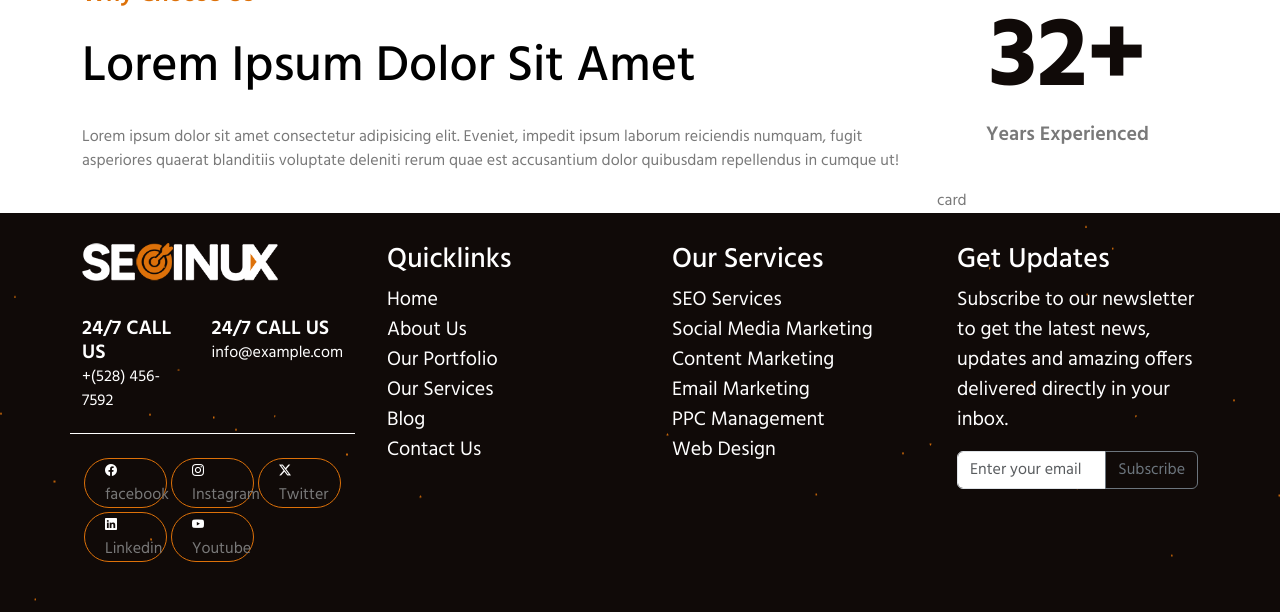
Repository: tagnam/seoinox
Page: about.html
The author's editor kept a copy of each file at every save. The page is drawn from the files as they stood at one save, then again after the next save.
The browser window is 1280 px wide. The pictures show the part of the page from y = 3019 to 3631 px (the page is 3631 px tall before and 3607 px after).
A picture or video elsewhere on the page could not be fetched, so the positions and the page height are approximate. Backgrounds fixed to the window are drawn as part of the page.

Above is the page before, as saved 2025-02-26 11:10:13.

### about.html
<!DOCTYPE html>
<html lang="en">
<head>
    <meta charset="UTF-8">
    <meta name="viewport" content="width=device-width, initial-scale=1.0">
    <title>SEOINOX</title>
    <link href="https://cdn.jsdelivr.net/npm/bootstrap@5.3.3/dist/css/bootstrap.min.css" rel="stylesheet" integrity="sha384-QWTKZyjpPEjISv5WaRU9OFeRpok6YctnYmDr5pNlyT2bRjXh0JMhjY6hW+ALEwIH" crossorigin="anonymous">
    <link rel="stylesheet" href="style/css/style.css">
    <link rel="stylesheet" href="style/css/responsive.css">
    <link rel="stylesheet" href="style/css/animation.css">
</head>


<body>
  <header>
    <nav class="navbar navbar-expand-lg ">
        <div class="container-fluid">
          <a class="navbar-brand" href="#"><img src="images/main-logo-sec.png" width="100%" alt=""></a>
          <button class="navbar-toggler" type="button" data-bs-toggle="collapse" data-bs-target="#navbarSupportedContent" aria-controls="navbarSupportedContent" aria-expanded="false" aria-label="Toggle navigation">
            <span class="navbar-toggler-icon"></span>
          </button>
          <div class="collapse navbar-collapse custom-navbar-collapse" id="navbarSupportedContent">
            <ul class="navbar-nav custom-navbar-nav">
              <li class="nav-item">
                <a class="nav-link active" aria-current="page" href="/">Home</a>
              </li>
              <li class="nav-item">
                <a class="nav-link" href="about.html">About US</a>
              </li>
              <li class="nav-item">
                <a class="nav-link" href="portfolio.html">Our Portfolio</a>
              </li>
              <li class="nav-item">
                <a class="nav-link" href="service.html">Our Services</a>
              </li>
              <li class="nav-item">
                <a class="nav-link" href="blog.html">Blog</a>
              </li>
              <li class="nav-item">
                <a class="nav-link" href="contact.html">Contact Us</a>
              </li>
            </ul>
            <div class="d-flex" role="search">
                    <div class="menu-icon">
                        <div class="menu-icon-item"> </div>
                        <div class="menu-icon-item"></div>
                        <div class="menu-icon-item"></div>
                    </div>
            </div>
          </div>
        </div>
      </nav>
  </header>


<!--====================================== start hero section  ============================-->
 <section class="inner-page-hero-section">
    <div class="container">
        <div class="row">
                <div class="col-lg-12" style="z-index: 10;">
                    <div class="page-title">
                        <h2> About Us</h2>
                    </div>
                </div>
        </div>
    </div>
    <div class="overlay"></div>
 </section>

<!--====================================== end hero section  ============================-->

  <!--====================================== start about section  ============================-->
  <section class="about-section">
    <div class="container">
      <div class="row">
        <div class="col-lg-6" style="height: 800px;">
          <div class="about-img-container">
            <img src="images/about-image.png" alt="">
          </div>
        </div>
        <div class="col-lg-6">

          <div class="about-content-container">
            <div class="about-content">
              <h2 class="about-main-heading" style="text-align: start;">About Us</h2>
              <p class="about-sub-heading" style="text-align: start ; line-height: 80px;">Lorem ipsum dolor sit amet</p>
          </div>
          <p>At the core of our journey lies a commitment to driving growth fueled by a combination of expertise and passion. We believe growth is not just about numbers—it's about creating meaningful impact, fostering innovation, and building relationships that last. Our team brings a wealth of knowledge, experience, and dedication to every project.</p>
          <div class="about-card card">
            <div class="row g-4">
              <div class="col" style="background-color: #F7F7F7; border-radius: 15px;  ">
                <div class="card-body mission-vission">
                  <h5 class="card-title">Our Mission</h5>
                  <p class="card-text">Lorem ipsum dolor sit amet, consectetur adipiscing elit. </p>
                </div>
              </div>
              <div class="col" >
                <div class="card-body mission-vission">
                  <h5 class="card-title">Our Vision</h5>
                  <p class="card-text">Lorem ipsum dolor sit amet, consectetur adipiscing elit. </p>
                </div>
              </div>
            </div>
          </div>
        </div>
        </div>
      </div>
    </div>
  </section>

    <!--====================================== end about section  ============================-->
    <div class="clearfix"></div>


    <!--====================================== start choice  section  ============================-->

<section class="ab-page-choice-section">
<div class="container">
  <div class="row">
    <div class="col-lg-6" style="padding: 0px 50px;">
      <div class="about-content" >
        <h2 class="about-main-heading" style="text-align: start;">About Us</h2>
        <p class="about-sub-heading" style="text-align: start ; line-height: 80px; color: #fff;">Lorem ipsum dolor sit amet</p>
        <p style="text-align: start; color: #F7F7F7;">At the core of our journey lies a commitment to driving growth fueled by a combination of expertise and passion. We believe growth is not just about numbers—it's about creating meaningful impact, fostering innovation, and building relationships that last. Our team brings a wealth of knowledge, experience, and dedication to every project.</p>

    </div>
    </div>
    <div class="col-lg-6" style="padding: 0px 50px;">
      <div class="row row-cols-1 row-cols-md-2 g-4">
        <div class="col">
            <div class="card-body" style="color: #fff;">
              <h5 class="card-title choice-num">60<span>M</span></h5>
              <p class="card-text">Lorem ipsum dolor sit amet, consectetur adipiscing elit. </p>
          </div>
        </div>
        <div class="col">
          <div class="card-body" style="color: #fff;">
            <h5 class="card-title choice-num">80<span>%</span></h5>
            <p class="card-text">Lorem ipsum dolor sit amet, consectetur adipiscing elit. </p>
        </div>
        </div>
        <div class="col">
          <div class="card-body" style="color: #fff;">
            <h5 class="card-title choice-num">95<span>%</span> </h5>
            <p class="card-text">Lorem ipsum dolor sit amet, consectetur adipiscing elit. </p>
        </div>
        </div>
        <div class="col">
          <div class="card-body" style="color: #fff;">
            <h5 class="card-title choice-num">75<span>K</span> </h5>
            <p class="card-text">Lorem ipsum dolor sit amet, consectetur adipiscing elit. </p>
        </div>
        </div>
      </div>
    </div>
  </div>
</div>

</section>

        <!--====================================== end choice section  ============================-->

  <!--====================================== start choose section  ============================-->


  <section class="choose-section">
    <div class="container">
      <div class="row">
          <div class="col-lg-6 d-flex align-items-center">
              <div class="about-content">
                  <h2 class="about-main-heading" style="text-align: start;">Why Choose Us</h2>
                  <p class="about-sub-heading" style="text-align: start; font-size: 50px;">Lorem ipsum dolor sit amet</p>
                  <p  style="text-align: start;">Lorem ipsum dolor sit amet consectetur adipisicing elit. Eveniet, impedit ipsum laborum reiciendis numquam, fugit asperiores quaerat blanditiis voluptate deleniti rerum quae est accusantium dolor quibusdam repellendus in cumque ut!</p>

              </div>
          </div>
          <div class="col-lg-6">
            <div class="chooise-card-container">
              <div class="card chooise-card mb-5" >
                <div class="row g-0">
                  <div class="col-md-3">
                    <div class="choice-img-container">
                      <img src="images/step1.png" class="img-fluid" alt="...">
                    </div>
                  </div>
                  <div class="col-md-9">
                    <div class="card-body">
                      <h5 class="card-title choice-title">Card title</h5>
                      <p class="card-text">This is a wider card with supporting text below as a natural lead-in to additional content. This content is a little bit longer.</p>
                    </div>
                  </div>
                </div>
              </div>
              <div class="card chooise-card mb-5" >
                <div class="row g-0">
                  <div class="col-md-3">
                    <div class="choice-img-container">
                      <img src="images/step1.png" class="img-fluid" alt="...">
                    </div>
                  </div>
                  <div class="col-md-9">
                    <div class="card-body">
                      <h5 class="card-title choice-title">Card title</h5>
                      <p class="card-text">This is a wider card with supporting text below as a natural lead-in to additional content. This content is a little bit longer.</p>
                    </div>
                  </div>
                </div>
              </div>
              <div class="card chooise-card mb-5" >
                <div class="row g-0">
                  <div class="col-md-3">
                    <div class="choice-img-container">
                      <img src="images/step1.png" class="img-fluid" alt="...">
                    </div>
                  </div>
                  <div class="col-md-9">
                    <div class="card-body">
                      <h5 class="card-title choice-title">Card title</h5>
                      <p class="card-text">This is a wider card with supporting text below as a natural lead-in to additional content. This content is a little bit longer.</p>
                    </div>
                  </div>
                </div>
              </div>
              <div class="card chooise-card mb-5" >
                <div class="row g-0">
                  <div class="col-md-3">
                    <div class="choice-img-container">
                      <img src="images/step1.png" class="img-fluid" alt="...">
                    </div>
                  </div>
                  <div class="col-md-9">
                    <div class="card-body">
                      <h5 class="card-title choice-title">Card title</h5>
                      <p class="card-text">This is a wider card with supporting text below as a natural lead-in to additional content. This content is a little bit longer.</p>
                    </div>
                  </div>
                </div>
              </div>
            </div>
          </div>
      </div>
  </div>
</section>

  <!--====================================== end choose section  ============================-->
  <div class="clearfix"></div>

  <!--====================================== start team section  ============================-->

  <section>
    <div class="container">
      <div class="row">
        <div class="col-lg-9">
          <div class="about-content">
            <h2 class="about-main-heading" style="text-align: start;">Why Choose Us</h2>
            <p class="about-sub-heading" style="text-align: start; font-size: 50px;">Lorem ipsum dolor sit amet</p>
            <p  style="text-align: start;">Lorem ipsum dolor sit amet consectetur adipisicing elit. Eveniet, impedit ipsum laborum reiciendis numquam, fugit asperiores quaerat blanditiis voluptate deleniti rerum quae est accusantium dolor quibusdam repellendus in cumque ut!</p>

        </div>
        </div>
        <div class="col-lg-3">
          <div class="card-body">
            <h5 class="card-title exp-title">32+</h5>
            <p class="card-text " style="text-align: center; font-size: 20px; font-weight: 600;">Years Experienced</p>
          </div>
        </div>
      </div>
    </div>

    <div class="container">
      <div class="row">
        <div class="col-lg-9">

        </div>
        <div class="col-lg-3">
          card
        </div>
      </div>
    </div>
  </section>
  <!--====================================== end team section  ============================-->











<footer>
  <div class="container">
    <div class="row">
      <div class="col">
        <figure>
          <img src="images/main-logo.png" alt="" style="width: 75%;">
        </figure>
        <div class="row" style="padding: 20px 0px; border-bottom: 1px solid #fff;">
          <div class="col">
            <h4 class="footer-heading">24/7 CALL US</h4>
            <a href="" class="footer-link">+(528) 456-7592</a>
          </div>
          <div class="col">
            <h4 class="footer-heading">24/7 CALL US</h4>
            <a href="" class="footer-link">info@example.com</a>
          </div>
        </div>
        <div class="social-container row-cols-md-3  row g-1">
          <div class="col">
            <div class="social-icon"> <span><i class="bi bi-facebook"></i></span> facebook </div>
          </div>
          <div class="col">
            <div class="social-icon"> <span><i class="bi bi-instagram"></i></span> Instagram </div>
          </div>
          <div class="col">
            <div class="social-icon"> <span><i class="bi bi-twitter-x"></i></span> Twitter </div>
          </div>
          <div class="col">
            <div class="social-icon"> <span><i class="bi bi-linkedin"></i></span> Linkedin</div>
          </div>
          <div class="col">
            <div class="social-icon"> <span><i class="bi bi-youtube"></i></span> Youtube</div>
          </div>
        </div>
      </div>
      <div class="col">
          <div class="footer-content-heading">
              <h3><i class="ri-circle-fill"></i> Quicklinks</h3>
              <ul class="footer-list">
                <li><i class="ri-arrow-right-double-line"></i> <a class="footer-link" href="">Home</a></li>
                <li><i class="ri-arrow-right-double-line"></i> <a class="footer-link" href="">About Us</a></li>
                <li><i class="ri-arrow-right-double-line"></i> <a class="footer-link" href="">Our Portfolio</a></li>
                <li><i class="ri-arrow-right-double-line"></i> <a class="footer-link" href="">Our Services</a></li>
                <li><i class="ri-arrow-right-double-line"></i> <a class="footer-link" href="">Blog</a></li>
                <li><i class="ri-arrow-right-double-line"></i> <a class="footer-link" href="">Contact Us</a></li>
          </div>
      </div>
      <div class="col">
        <div class="footer-content-heading">
          <h3><i class="ri-circle-fill"></i> Our Services</h3>
            <ul class="footer-list">
              <li><i class="ri-arrow-right-double-line"></i> <a class="footer-link" href="">SEO Services</a></li>
              <li><i class="ri-arrow-right-double-line"></i> <a class="footer-link" href="">Social Media Marketing</a></li>
              <li><i class="ri-arrow-right-double-line"></i> <a class="footer-link" href="">Content Marketing</a></li>
              <li><i class="ri-arrow-right-double-line"></i> <a class="footer-link" href="">Email Marketing</a></li>
              <li><i class="ri-arrow-right-double-line"></i> <a class="footer-link" href="">PPC Management</a></li>
              <li><i class="ri-arrow-right-double-line"></i> <a class="footer-link" href="">Web Design</a></li>
            </ul>
      </div>
      </div>
      <div class="col">
        <div class="footer-content-heading">
          <h3><i class="ri-circle-fill"></i> Get Updates</h3>
          <p>Subscribe to our newsletter to get the latest news, updates and amazing offers delivered directly in your inbox.</p>
          <form action="">
            <div class="input-group mb-3">
              <input type="text" class="form-control" placeholder="Enter your email" aria-label="Recipient's username" aria-describedby="button-addon2">
              <button class="btn btn-outline-secondary" type="button" id="button-addon2">Subscribe</button>
            </div>
          </form>

      </div>
      </div>
    </div>
  </div>
</footer>
<script src="https://cdn.jsdelivr.net/npm/bootstrap@5.3.3/dist/js/bootstrap.bundle.min.js" integrity="sha384-YvpcrYf0tY3lHB60NNkmXc5s9fDVZLESaAA55NDzOxhy9GkcIdslK1eN7N6jIeHz" crossorigin="anonymous"></script>
<script src="https://unpkg.com/@studio-freight/lenis@1.0.42/dist/lenis.min.js"></script>

<script src="style/js/custom.js"></script>
</body>
</html>

Loaded but not shown: style/js/custom.js (12 lines, source omitted); style/css/style.css (603 lines, source omitted); style/css/responsive.css (no stored copy; drawn as an empty file); style/css/animation.css (no stored copy; drawn as an empty file)

After the next save:
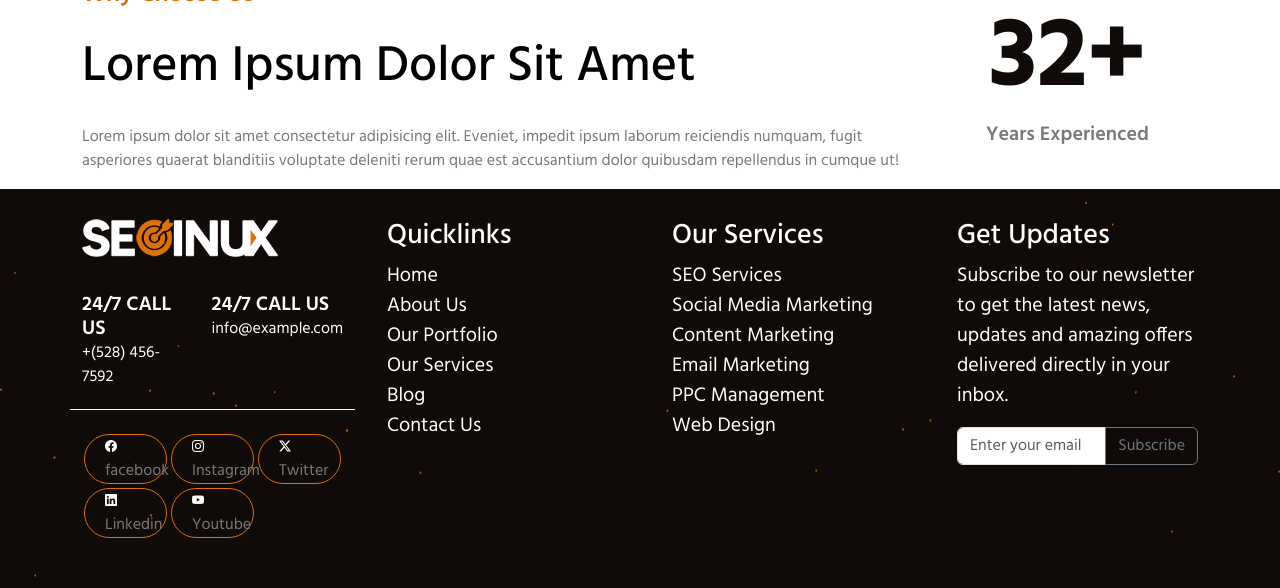
Saved 5 s later.
--- a/about.html
+++ b/about.html
@@ -273,7 +273,7 @@
 
         </div>
         <div class="col-lg-3">
-          card
+          <div class="crad"></div>
         </div>
       </div>
     </div>
